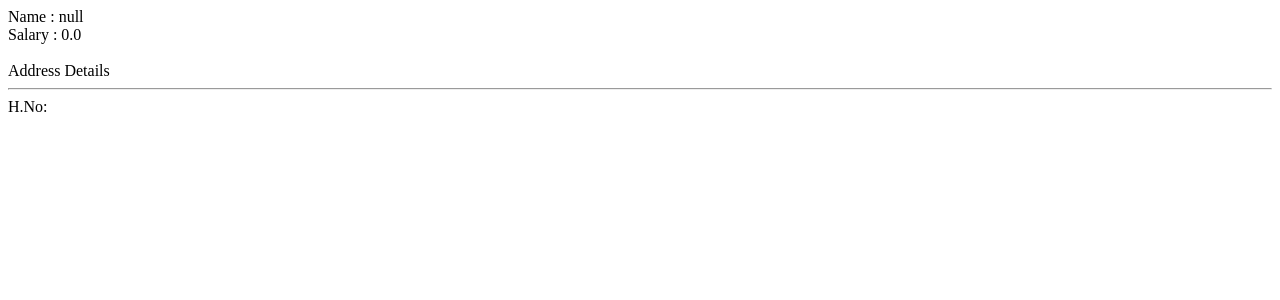
Repository: webutech/Java_Track
Page: http://localhost/JSPBeanDemoApp/employeeView.jsp
An editor plug-in stored every save of this project. The page is shown before and after the next save, followed by the edit.
The browser window is 1280 px wide. The pictures show the whole page.
The page is served by Tomcat 9.

Above is the page before, as saved 2017-04-06 09:07:14.

### AdvJavaWS/JSPBeanDemoApp/WebContent/employeeView.jsp
<jsp:useBean id="employee" class="com.yash.pojo.Employee" scope="request"/>

Name :  <jsp:getProperty property="name" name="employee"/><br>
Salary :  <jsp:getProperty property="salary" name="employee"/><br>
<br>
Address Details <br><hr>
H.No: ${employee.address.hno}

### AdvJavaWS/JSPBeanDemoApp/src/com/yash/pojo/Employee.java
package com.yash.pojo;

public class Employee {

	private String name;
	private double salary;
	private Address address;

	public String getName() {
		return name;
	}
	public void setName(String name) {
		this.name = name;
	}
	public double getSalary() {
		return salary;
	}
	public void setSalary(double salary) {
		this.salary = salary;
	}
	public Address getAddress() {
		return address;
	}
	public void setAddress(Address address) {
		this.address = address;
	}





}

### AdvJavaWS/JSPBeanDemoApp/src/com/yash/pojo/Address.java
package com.yash.pojo;

public class Address {

	private String hno;
	private String state;
	private String city;
	private String zip;
	public String getHno() {
		return hno;
	}
	public void setHno(String hno) {
		this.hno = hno;
	}
	public String getState() {
		return state;
	}
	public void setState(String state) {
		this.state = state;
	}
	public String getCity() {
		return city;
	}
	public void setCity(String city) {
		this.city = city;
	}
	public String getZip() {
		return zip;
	}
	public void setZip(String zip) {
		this.zip = zip;
	}




}

After the next save:
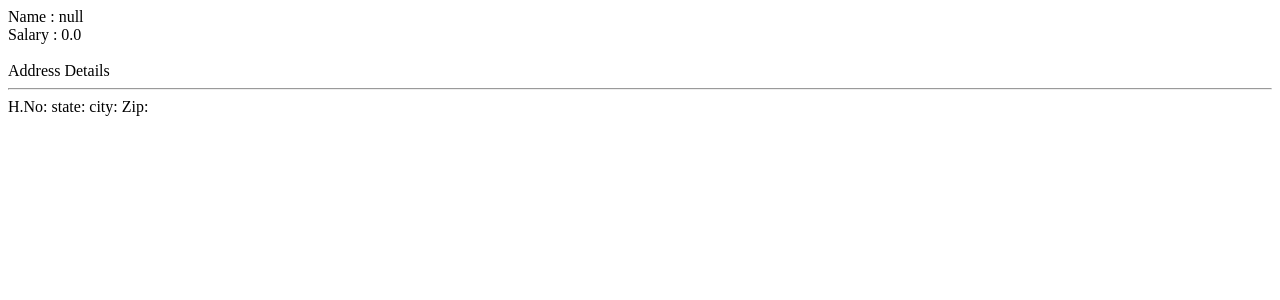
Saved 95 s later.
--- a/AdvJavaWS/JSPBeanDemoApp/WebContent/employeeView.jsp
+++ b/AdvJavaWS/JSPBeanDemoApp/WebContent/employeeView.jsp
@@ -5,3 +5,6 @@ Salary :  <jsp:getProperty property="salary" name="employee"/><br>
 <br>
 Address Details <br><hr>
 H.No: ${employee.address.hno}
+state: ${employee.address.state}
+city: ${employee.address.city}
+Zip: ${employee.address.zip}
